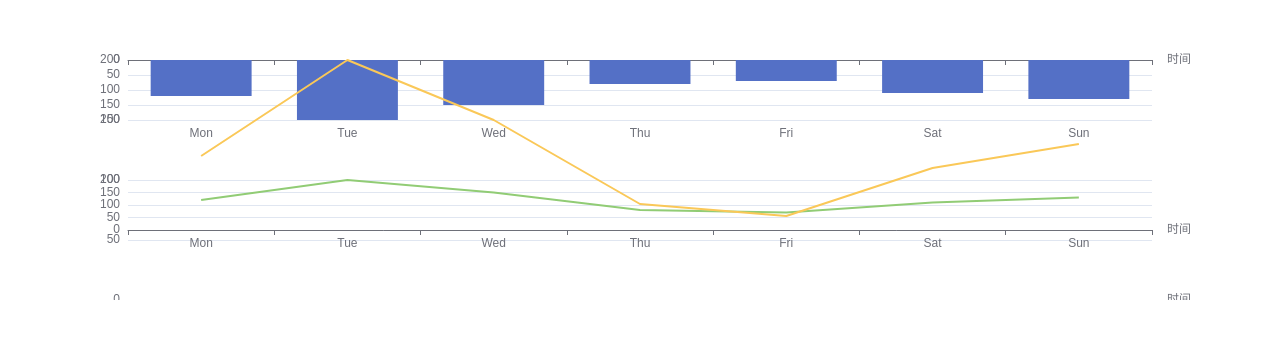
Repository: LeP-Ton/curve
Page: /
The author's editor kept a copy of each file at every save. The page is drawn from the files as they stood at one save, then again after the next save.
The browser window is 1280 px wide. The pictures show the whole page.
The project was rebuilt for these pictures with package versions that can differ from the ones it lists, and the page was loaded fresh each time.

Above is the page before, as saved 2022-08-18 20:15:56.

### src/index.js
import React from "react";
import ReactDOM from "react-dom/client";
import "./index.css";
import Echart from "./Echart";
import reportWebVitals from "./reportWebVitals";

const root = ReactDOM.createRoot(document.getElementById("root"));
const option = {
  tooltip: {
    trigger: "axis",
    // formatter:function(params){
    //   console.log("---",params[0]);
    //   return(`${params[0].axisId}:${params[0].axisValue} ${params[0].seriesName}:${params[0].value}`)
    // }
  },
  xAxis: [
    {
      name: "时间",
      type: "category",
      data: ["Mon", "Tue", "Wed", "Thu", "Fri", "Sat", "Sun"],
    },
    {
      name: "时间",
      type: "category",
      data: ["Mon", "Tue", "Wed", "Thu", "Fri", "Sat", "Sun"],
      gridIndex: 1
    },
    {
      name: "时间",
      type: "category",
      data: ["Mon", "Tue", "Wed", "Thu", "Fri", "Sat", "Sun"],
      gridIndex: 2
    },
  ],
  yAxis: [
    {
      type: "value",
      inverse: true,
    },
    {
      gridIndex: 1
    },
    {
      gridIndex: 2
    }

  ],
  grid: [
    {
      bottom: '60%'
    },
    {
      top: '60%'
    },
    {
      bottom: '0%'
    }
  ],
  series: [
    {
      name: "温度",
      data: [120, 200, 150, 80, 70, 110, 130],
      type: "bar",
    },
    {
      name: "宽度",
      type: "line",
      showSymbol: false,
      data: [120, 200, 150, 80, 70, 110, 130],
      xAxisIndex: 1,
      yAxisIndex: 1,
    },
    {
      name: "长度",
      type: "line",
      showSymbol: false,
      data: [120, 200, 150, 80, 70, 110, 130],
      xAxisIndex: 2,
      yAxisIndex: 2,
    }
  ],
};
root.render(
  <React.StrictMode>
    <Echart options={option} style={{ height: "300px" }} />
  </React.StrictMode>
);

// If you want to start measuring performance in your app, pass a function
// to log results (for example: reportWebVitals(console.log))
// or send to an analytics endpoint. Learn more: https://bit.ly/CRA-vitals
reportWebVitals();

### src/Echart.js
import React, {
  useEffect,
  useRef,
  useState
} from 'react';
import * as echarts from 'echarts';

const Echart = props => {
  const { options, style } = props;
  const chartRef = useRef();
  const [myChart, setMyChart] = useState(null);

  const resizeEcharts = () => {
    myChart.resize();
  };

  useEffect(() => {
    setMyChart(echarts.init(chartRef.current));
  }, []);

  useEffect(() => {
    if (myChart) {
      window.addEventListener('resize', resizeEcharts);
      return () => {
        window.removeEventListener('resize', resizeEcharts);
        myChart.dispose();
        setMyChart(null);
      };
    }
  }, [myChart]);

  useEffect(() => {
    myChart && myChart.setOption(options);
  }, [myChart, options]);

  return <div ref={chartRef} className="default-charts" style={style} />;
};

export default Echart;

Loaded but not shown: public/index.html (common file); src/index.css (common file); src/reportWebVitals.js (common file)

After the next save:
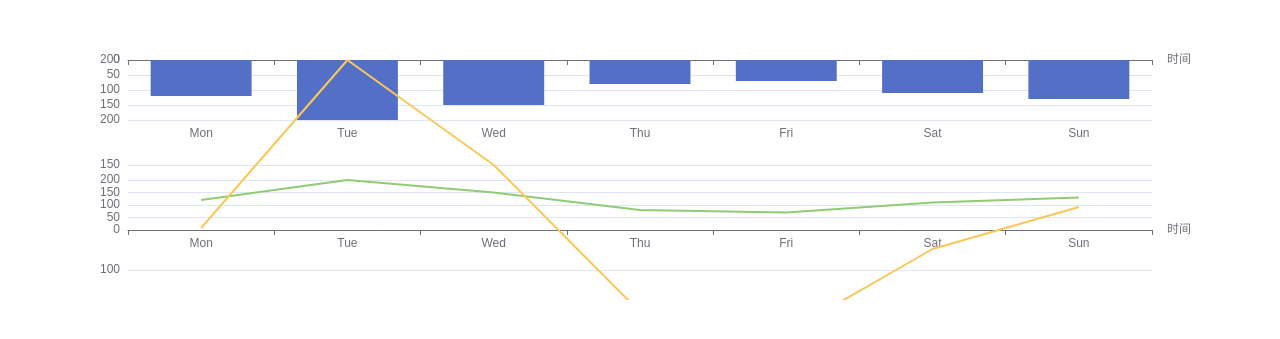
Saved 21 s later.
--- a/src/index.js
+++ b/src/index.js
@@ -53,7 +53,7 @@ const option = {
       top: '60%'
     },
     {
-      bottom: '0%'
+      bottom: '-60%'
     }
   ],
   series: [
